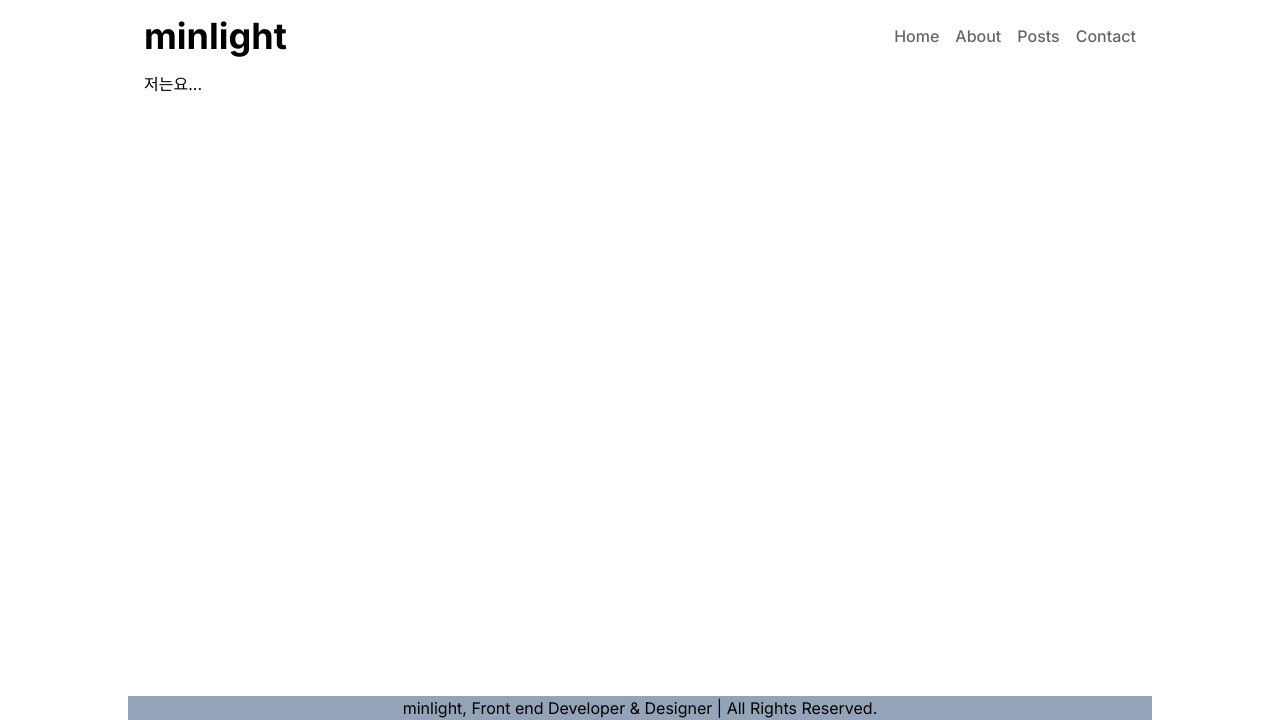
Repository: kwngmin/minlight-blog
Page: /about
These files come from the project's save history. The page is drawn as it stood at one moment and after the next save; the edit follows.
The browser window is 1280 px wide. The pictures show the whole page.
The project was rebuilt for these pictures with package versions that can differ from the ones it lists, and the page was loaded fresh each time. The framework's server and built-in components were replaced by stand-ins that run in the browser. Also part of the build but not shown: next.config.js.

Above is the page before, as saved 2023-03-31 23:35:36.

### src/app/layout.tsx
import Footer from "@/components/Footer";
import "./globals.css";
import { Inter } from "next/font/google";
import Header from "@/components/Header";

const inter = Inter({ subsets: ["latin"] });

export const metadata = {
  title: "Create Next App",
  description: "Generated by create next app",
};

export default function RootLayout({
  children,
}: {
  children: React.ReactNode;
}) {
  return (
    <html lang="en" className={inter.className}>
      <body className="flex flex-col w-full max-w-screen-lg mx-auto">
        <Header />
        <main className="grow mx-4">{children}</main>
        <Footer />
      </body>
    </html>
  );
}

### src/app/about/page.tsx
export default function AboutPage() {
  return <p>저는요...</p>;
}

### src/components/Footer.tsx
export default function Footer() {
  return (
    <p className="bg-slate-400 text-center">
      minlight, Front end Developer & Designer | All Rights Reserved.
    </p>
  );
}

### src/app/globals.css
@tailwind base;
@tailwind components;
@tailwind utilities;

* {
  box-sizing: border-box;
  padding: 0;
  margin: 0;
}

html,
body {
  height: 100vh;
  overflow-y: auto;
}

/*
:root {
  --max-width: 1100px;
  --border-radius: 12px;
  --font-mono: ui-monospace, Menlo, Monaco, "Cascadia Mono", "Segoe UI Mono",
    "Roboto Mono", "Oxygen Mono", "Ubuntu Monospace", "Source Code Pro",
    "Fira Mono", "Droid Sans Mono", "Courier New", monospace;

  --foreground-rgb: 0, 0, 0;
  --background-start-rgb: 214, 219, 220;
  --background-end-rgb: 255, 255, 255;

  --primary-glow: conic-gradient(
    from 180deg at 50% 50%,
    #16abff33 0deg,
    #0885ff33 55deg,
    #54d6ff33 120deg,
    #0071ff33 160deg,
    transparent 360deg
  );
  --secondary-glow: radial-gradient(
    rgba(255, 255, 255, 1),
    rgba(255, 255, 255, 0)
  );

  --tile-start-rgb: 239, 245, 249;
  --tile-end-rgb: 228, 232, 233;
  --tile-border: conic-gradient(
    #00000080,
    #00000040,
    #00000030,
    #00000020,
    #00000010,
    #00000010,
    #00000080
  );

  --callout-rgb: 238, 240, 241;
  --callout-border-rgb: 172, 175, 176;
  --card-rgb: 180, 185, 188;
  --card-border-rgb: 131, 134, 135;
}

@media (prefers-color-scheme: dark) {
  :root {
    --foreground-rgb: 255, 255, 255;
    --background-start-rgb: 0, 0, 0;
    --background-end-rgb: 0, 0, 0;

    --primary-glow: radial-gradient(rgba(1, 65, 255, 0.4), rgba(1, 65, 255, 0));
    --secondary-glow: linear-gradient(
      to bottom right,
      rgba(1, 65, 255, 0),
      rgba(1, 65, 255, 0),
      rgba(1, 65, 255, 0.3)
    );

    --tile-start-rgb: 2, 13, 46;
    --tile-end-rgb: 2, 5, 19;
    --tile-border: conic-gradient(
      #ffffff80,
      #ffffff40,
      #ffffff30,
      #ffffff20,
      #ffffff10,
      #ffffff10,
      #ffffff80
    );

    --callout-rgb: 20, 20, 20;
    --callout-border-rgb: 108, 108, 108;
    --card-rgb: 100, 100, 100;
    --card-border-rgb: 200, 200, 200;
  }
}

* {
  box-sizing: border-box;
  padding: 0;
  margin: 0;
}

html,
body {
  max-width: 100vw;
  overflow-x: hidden;
}

body {
  color: rgb(var(--foreground-rgb));
  background: linear-gradient(
      to bottom,
      transparent,
      rgb(var(--background-end-rgb))
    )
    rgb(var(--background-start-rgb));
}

a {
  color: inherit;
  text-decoration: none;
}

@media (prefers-color-scheme: dark) {
  html {
    color-scheme: dark;
  }
} */

### src/components/Header.tsx
import Link from "next/link";

const navData = [
  { name: "Home", path: "/" },
  { name: "About", path: "/about" },
  { name: "Posts", path: "/posts" },
  { name: "Contact", path: "/contact" },
];

export default function Header() {
  return (
    <div className="max-w-screen-2xl">
      <div className="flex justify-between items-center m-4">
        <Link href="/">
          <h1 className="text-4xl font-bold">minlight</h1>
        </Link>
        <nav className="flex gap-4">
          {navData.map(({ name, path }) => (
            <Link
              href={path}
              key={path}
              className="text-black/60 hover:text-black font-medium hover:underline decoration-slate-400 hover:decoration-4 underline-offset-8"
            >
              {name}
            </Link>
          ))}
        </nav>
      </div>
    </div>
  );
}

### tailwind.config.js
/** @type {import('tailwindcss').Config} */
module.exports = {
  content: ["./src/**/*.{js,ts,jsx,tsx}"],
  theme: {
    extend: {},
  },
  plugins: [require("@tailwindcss/typography")],
};

After the next save:
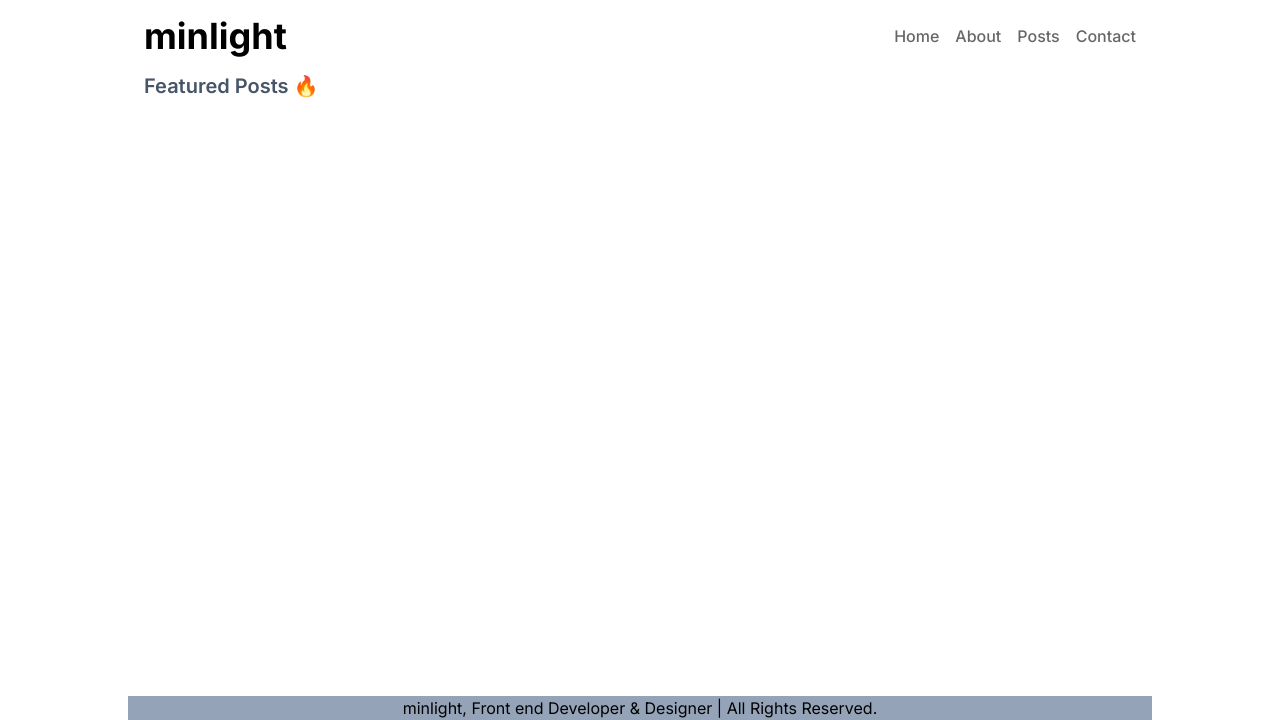
Saved 7 min 5 s later.
--- a/src/app/about/page.tsx
+++ b/src/app/about/page.tsx
@@ -1,3 +1,9 @@
 export default function AboutPage() {
-  return <p>저는요...</p>;
+  return (
+    <article>
+      <h2 className="text-xl font-semibold text-slate-600">
+        Featured Posts 🔥
+      </h2>
+    </article>
+  );
 }
